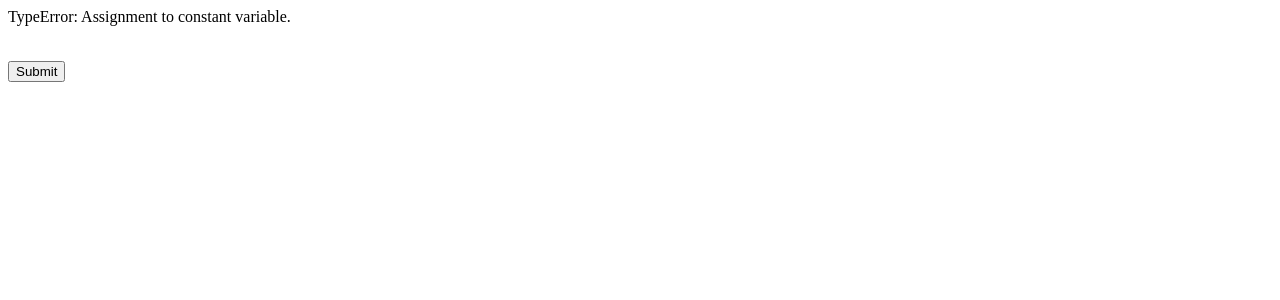
Repository: pothupreethi/Javascript
Page: javaScript/Array.html
The author's editor kept a record of every edit. The page is drawn from the files as they stood at one moment, then again after the next edit.
The browser window is 1280 px wide. The pictures show the whole page.
After loading, the first visible `button` was clicked once.

Above is the page before.

### javaScript/Array.html
<!DOCTYPE html>
<html>
    <script>
        let myArray = [3.4, "preethi", "7", "js", -4.5]
        //alert(myArray)
        //document.write(myArray)
        //document.write(myArray[1])
        myArray[2] = "lokesh"
        //document.write(myArray[2])
        myArray[7] = "HELLO"
        //document.write(myArray)
        myArray.push("hafeez")
        //document.write(myArray)
        myArray.pop()
        myArray.pop()
        myArray.pop()
        //document.write(myArray)
        myArray.pop()
        //alert(myArray.pop())
        //alert(myArray.length)
        myArray[9] = 78
        myArray.pop()
        //document.write(myArray.length)
        // let my_array = [1, 2, [3, 4, 5], 9];
        //document.write(my_array[1].length)
        let my_Array = [
            ["ibhubs"], 7, ['A', -1, 3.5, 0], 5, "js"
        ];
        // document.write(my_Array)
        //document.write(my_Array);
        //document.write("<\br> ");

        my_Array[2][2] = 10;
        //document.write(my_Array);

        /* document.write("\n")
         my_Array[2].push("5")
         document.write(my_Array)
         document.write("\n")
         my_Array[0].pop()
         document.write(my_Array)
         document.write("\n")
         my_Array.pop()
         document.write(my_Array)
         document.write("\n")
         my_Array[7] = "hello"
         document.write(my_Array)
         document.write("\n")
         let len = my_Array.length
         my_Array.push(len)
         document.write(my_Array)
         document.write("\n")*/
        let tyre1 = {

            brand: "MRF",
            type: "Tube less",
            rimDiameter: "17 inches",


        };
        let tyre2 = {

            brand: "MRF",
            type: "Tube less",
            rimDiameter: "17 inches",


        };
        let car = {
            color: "Red",
            "fuel type": "petrol",
            tyre: tyre1,
            tyreslist: [tyre1, tyre2],
            start() {
                return "started";
            },
            stop() {
                return "stop";
            }


        };
        //alert(car.start());
        //alert(car.stop())
        car.model = "venue";
        car.weight = "4 tons";
        //document.write(car.color);
        //document.write(car.type)
        //document.write(car['fuel type']);
        //document.write(car['color'])
        let fuelType = 'fuel type';
        // document.write(car[fuelType])
        car.color = "violet";
        //alert(car.color);
        car.model = "kia";
        car.fuelCapacity = "43 liters";
        // document.write(car.model);
        //document.write(car.fuelCapacity, car.model);
        delete car["fuel type"]
        // document.write(car.weight)
        //alert(car["tyre"]["brand"]);
        function startCar() {
            return "started";
        }

        function stopCar() {
            return "stopped";
        }
        let car1 = {
            start: startCar(),
            stop: stopCar(),
        };
        let car2 = {
            start: startCar(),
            stop: stopCar(),
        };
        //alert(car1.hasOwnProperty("start"));
        //alert(`car1 is ${car1.start}`);
        //alert(`car2 is ${car2.start}`);
        //alert("car1 and car2 are running fast");
        //alert("runnnig");
        //alert(`car1 is ${car1.stop}`);
        //alert(`car2 is ${car2.stop}`);
        function busbreak() {
            return "Break";
        }
        let person = {
            firstName: "Jhon",
            lastName: "Jacob",
            age: 38,
            gender: "Male"
        };
        let bus = {
            owner: "Kallada travels",
            color: "Red",
            type: "Ac",
            breakTheBus: busbreak(),
            "seating capacity": 45,
            passenger: ["Satya Nadella", "Tim cool", "Jeff Bezos"],
            start: function() {
                return "Bus is started";
            },
            stop: function() {
                return "Bus is stopped"
            }
        };
        bus.driver = "Hafeez";
        bus.driver.experience = 15;
        bus.owner = "Morning star";
        delete[bus.age];
        bus.fullName = person.firstName + person.lastName;
        delete[person.firstName];
        delete[person.lastName];
        //alert(bus.start());
        //alert(bus.stop());
        let selectedColor = null;
        // alert(typeof(selectedColor));
        const innerRate = 0.5;
        try {
            innerRate = 1.5
            alert(innerRate);
        }
        catch (e) {
            document.write(e)
        }

        //alert(null == undefined);
        /* let myFunction = () => {
               let headingObject = document.getElementById("demo");
               headingObject.parentNode.removeChild(headingObject);
           }*/
    </script>

    <body>

        <h1 id="demo">My page onclick remove
            <h1>
                <button onclick="myFunction()">Submit</button>
                <script>
                    let count = 0;
                    let myFunction = () => {

                        let headingObject = document.getElementById("demo");
                        if (count % 2 == 0) {
                            headingObject.parentNode.removeChild(headingObject);
                        }
                        else{

                        }
                        count = count + 1;

                    }
                </script>
                <!-- <p id="p1">Hello world</p>
                <p id="p2">Hellooooo world</p>
                <script>
                    document.getElementById("p2").style.color = "green";
                    document.getElementById("p2").style.fontSize = "100px";
                    document.getElementById("p1").style.color = "violet";
                </script>-->
    </body>

</html>

After the next edit:
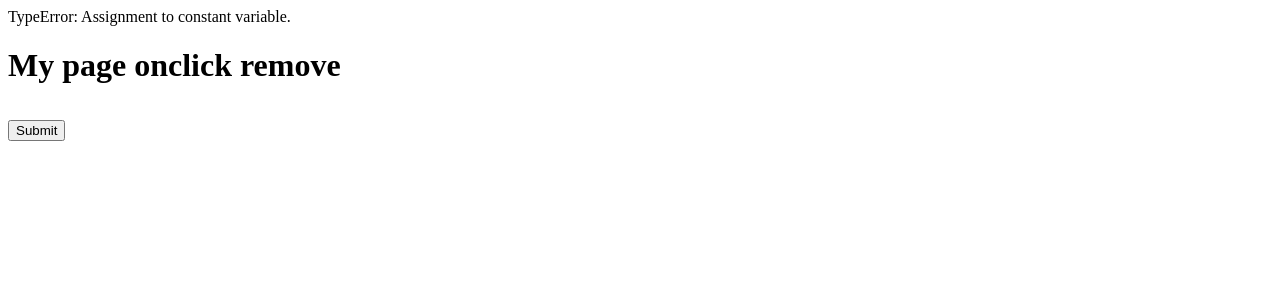
Console error: SyntaxError: Unexpected token 'else'
The edit:
--- a/javaScript/Array.html
+++ b/javaScript/Array.html
@@ -181,8 +181,8 @@
                     let myFunction = () => {
 
                         let headingObject = document.getElementById("demo");
-                        if (count % 2 == 0) {
-                            headingObject.parentNode.removeChild(headingObject);
+                        if( headingObject.style.display==="none")
+                            headingObject.style.display="block"
                         }
                         else{
 

After the 2 edits that followed:
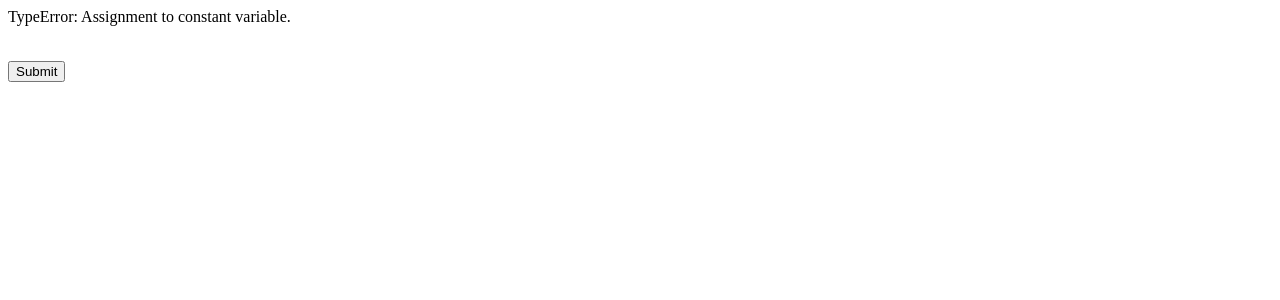
The error is gone.
The 2 edits are shown as one change because 1 left the picture as it was.
The edit:
--- a/javaScript/Array.html
+++ b/javaScript/Array.html
@@ -181,13 +181,13 @@
                     let myFunction = () => {
 
                         let headingObject = document.getElementById("demo");
-                        if( headingObject.style.display==="none")
-                            headingObject.style.display="block"
+                        if (headingObject.style.display === "none") {
+                            headingObject.style.display = "block"
                         }
-                        else{
-
+                        else {
+                            headingObject.style.display = "none"
                         }
-                        count = count + 1;
+
 
                     }
                 </script>
